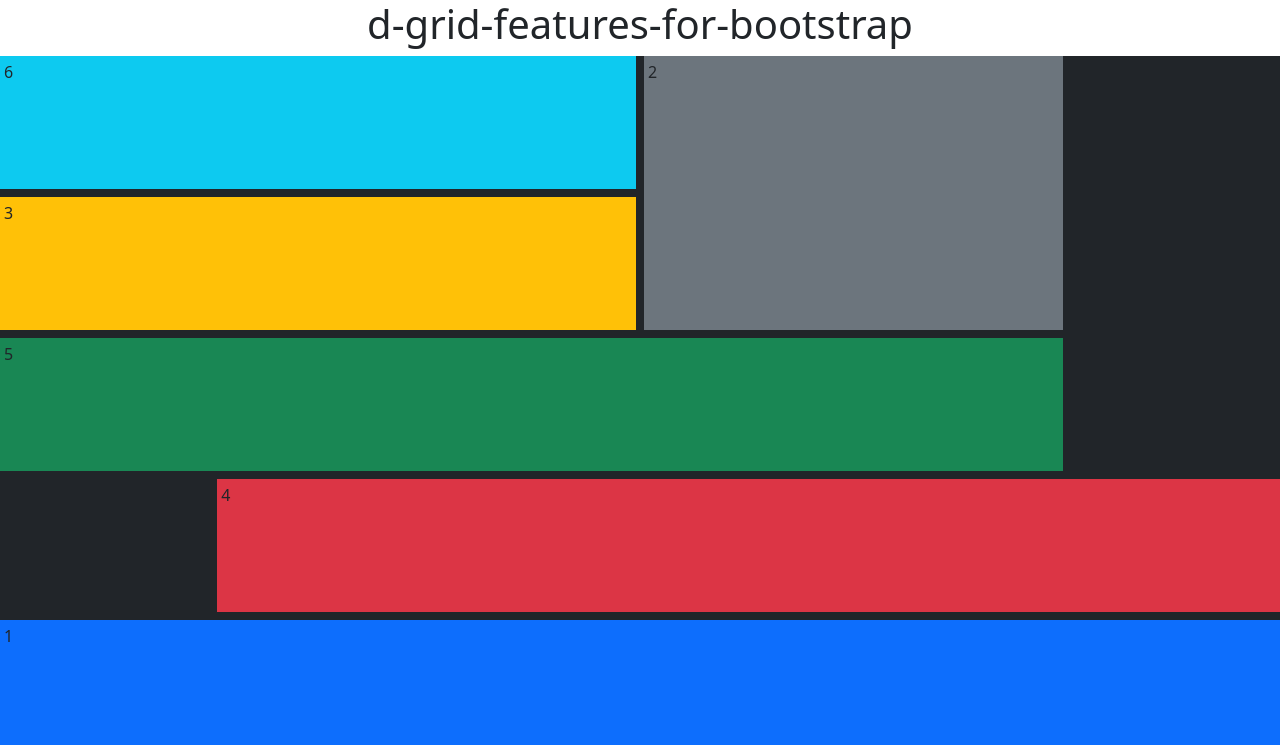
Repository: LynxPardelle/d-grid-features-for-bootstrap
Page: index.html
These files come from the project's save history. The page is drawn as it stood at one moment and after the next save; the edit follows.
The browser window is 1280 px wide. The pictures show the whole page.

Above is the page before, as saved 2021-10-20 18:48:44.

### index.html
<!DOCTYPE html>
<html lang="en">
<head>
  <meta charset="UTF-8">
  <meta http-equiv="X-UA-Compatible" content="IE=edge">
  <meta name="viewport" content="width=device-width, initial-scale=1.0">
  <meta name="author" content="Lynx Pardelle">
  <title>d-grid-features-for-bootstrap</title>
  <link href="https://cdn.jsdelivr.net/npm/bootstrap@5.1.3/dist/css/bootstrap.min.css" rel="stylesheet" integrity="sha384-1BmE4kWBq78iYhFldvKuhfTAU6auU8tT94WrHftjDbrCEXSU1oBoqyl2QvZ6jIW3" crossorigin="anonymous">
</head>
<body>
  <h1 class="text-center">d-grid-features-for-bootstrap</h1>

  <!-- <section class="d-grid bg-dark" data-gfbs data-gfbs-gtc="repeat(4, 1fr)" data-gfbs-gtr="repeat(2, 50px)" > -->
    <!-- <section class="d-grid bg-dark" data-gfbs data-gfbs-gta='"f f b c c a"" f f d e e a"'> -->
      <section class="d-grid bg-dark" data-gfbs
      data-gfbs-gt='
      [row1-start] "a a b ." 12.5px [row1-end]
      [row2-start] "a a b ." 12.5px [row2-end]
      [row3-start] "c c b d" 12.5px [row3-end]
      [row4-start] "c c b d" 12.5px [row4-end]
      [row5-start] "e e e d" 12.5px [row5-end]
      [row6-start] "e e e d" 12.5px [row6-end]
      [row7-start] ". f f f" 12.5px [row7-end]
      [row8-start] ". f f f" 12.5px [row8-end]
      [row9-start] "g g g g" 25px [row9-end]
      / 2fr 1fr 1fr 3fr'
      data-gfbs-gt-sm='
      [row1-start] "a a b ." 25px [row1-end]
      [row2-start] "a a b ." 25px [row2-end]
      [row3-start] "c c b d" 25px [row3-end]
      [row4-start] "c c b d" 25px [row4-end]
      [row5-start] "e e e d" 25px [row5-end]
      [row6-start] "e e e d" 25px [row6-end]
      [row7-start] ". f f f" 25px [row7-end]
      [row8-start] ". f f f" 25px [row8-end]
      [row9-start] "g g g g" 50px [row9-end]
      / 1fr 2fr 2fr 1fr'
      data-gfbs-gt-md='
      [row1-start] "a a b ." 37.5px [row1-end]
      [row2-start] "a a b ." 37.5px [row2-end]
      [row3-start] "c c b d" 37.5px [row3-end]
      [row4-start] "c c b d" 37.5px [row4-end]
      [row5-start] "e e e d" 37.5px [row5-end]
      [row6-start] "e e e d" 37.5px [row6-end]
      [row7-start] ". f f f" 37.5px [row7-end]
      [row8-start] ". f f f" 37.5px [row8-end]
      [row9-start] "g g g g" 75px [row9-end]
      / 1fr 2fr 2fr 1fr'
      data-gfbs-gt-lg='
      [row1-start] "a a b ." 50px [row1-end]
      [row2-start] "a a b ." 50px [row2-end]
      [row3-start] "c c b d" 50px [row3-end]
      [row4-start] "c c b d" 50px [row4-end]
      [row5-start] "e e e d" 50px [row5-end]
      [row6-start] "e e e d" 50px [row6-end]
      [row7-start] ". f f f" 50px [row7-end]
      [row8-start] ". f f f" 50px [row8-end]
      [row9-start] "g g g g" 100px [row9-end]
      / 1fr 2fr 2fr 1fr'
      data-gfbs-gt-xl='
      [row1-start] "a a b ." 62.5px [row1-end]
      [row2-start] "a a b ." 62.5px [row2-end]
      [row3-start] "c c b d" 62.5px [row3-end]
      [row4-start] "c c b d" 62.5px [row4-end]
      [row5-start] "e e e d" 62.5px [row5-end]
      [row6-start] "e e e d" 62.5px [row6-end]
      [row7-start] ". f f f" 62.5px [row7-end]
      [row8-start] ". f f f" 62.5px [row8-end]
      [row9-start] "g g g g" 125px [row9-end]
      / 1fr 2fr 2fr 1fr'
      data-gfbs-gt-xxl='
      [row1-start] "a a b ." 87.5px [row1-end]
      [row2-start] "a a b ." 87.5px [row2-end]
      [row3-start] "c c b d" 87.5px [row3-end]
      [row4-start] "c c b d" 87.5px [row4-end]
      [row5-start] "e e e d" 87.5px [row5-end]
      [row6-start] "e e e d" 87.5px [row6-end]
      [row7-start] ". f f f" 87.5px [row7-end]
      [row8-start] ". f f f" 87.5px [row8-end]
      [row9-start] "g g g g" 150px [row9-end]
      / 1fr 2fr 2fr 1fr'
      data-gfbs-gap="0.5rem"
      >
      <!-- data-gfbs-cg="1rem"
      data-gfbs-rg="1rem" -->
    <div data-gfbs data-gfbs-iga="a" data-gfbs-iga-sm="g" class="bg-primary p-1">
      1
    </div>

    <div data-gfbs data-gfbs-iga="b" class="bg-secondary p-1">
      2
    </div>
    <div data-gfbs data-gfbs-iga="c" class="bg-warning p-1">
      3
    </div>
    <div data-gfbs data-gfbs-iga="d" data-gfbs-iga-lg="f" class="bg-danger p-1">
      4
    </div>
    <div data-gfbs data-gfbs-iga="e" class="bg-success p-1">
      5
    </div>
    <div data-gfbs data-gfbs-iga="f" data-gfbs-iga-md="a" class="bg-info p-1">
      6
    </div>
  </section>

  <script src="https://cdn.jsdelivr.net/npm/bootstrap@5.1.3/dist/js/bootstrap.bundle.min.js" integrity="sha384-ka7Sk0Gln4gmtz2MlQnikT1wXgYsOg+OMhuP+IlRH9sENBO0LRn5q+8nbTov4+1p" crossorigin="anonymous"></script>
  <script src="./d-grid.js"></script>
</body>
</html>

### d-grid.js
"use strict";

function gridCreate(){
  let wWidth = window.innerWidth;
  let gridElements = document.querySelectorAll("[data-gfbs]");

  function checkIfHasBP(gridElement, atr) {
    let hasIt = false;
    for (let attribute of gridElement.attributes) {
      let at = attribute.localName;
      if (at.includes(atr)) {
        switch (true) {
          case at.includes("-sm") && wWidth >= 576 && wWidth < 768:
            hasIt = true;
            break;
          case at.includes("-md") && wWidth >= 768 && wWidth < 992:
            hasIt = true;
            break;
          case at.includes("-lg") && wWidth >= 992 && wWidth < 1200:
            hasIt = true;
            break;
          case at.includes("-xl") && wWidth >= 1200 && wWidth < 1400:
            hasIt = true;
            break;
          case at.includes("-xxl") && wWidth >= 1400:
            hasIt = true;
            break;
        }
      }
    }

    return hasIt;
  }

  for (let gridElement of gridElements) {
    for (let attribute of gridElement.attributes) {
      let at = attribute.localName;
      let attValue = attribute.value;

      if (
        at.includes("gfbs-") &&
        ((!at.includes("-sm") &&
          !at.includes("-md") &&
          !at.includes("-lg") &&
          !at.includes("-xl") &&
          !at.includes("-xxl") &&
          !checkIfHasBP(gridElement, at)) ||
          (at.includes("-sm") &&
            wWidth >= 576 &&
            (!at.includes("-md") || (at.includes("-md") && wWidth < 768)) &&
            (!at.includes("-lg") || (at.includes("-lg") && wWidth < 992)) &&
            (!at.includes("-xl") || (at.includes("-xl") && wWidth < 1200)) &&
            (!at.includes("-xll") || (at.includes("-xxl") && wWidth < 1400))) ||
          (at.includes("-md") &&
            wWidth >= 768 &&
            (!at.includes("-lg") || (at.includes("-lg") && wWidth < 992)) &&
            (!at.includes("-xl") || (at.includes("-xl") && wWidth < 1200)) &&
            (!at.includes("-xll") || (at.includes("-xxl") && wWidth < 1400))) ||
          (at.includes("-lg") &&
            wWidth >= 992 &&
            (!at.includes("-xl") || (at.includes("-xl") && wWidth < 1200)) &&
            (!at.includes("-xll") || (at.includes("-xxl") && wWidth < 1400))) ||
          (at.includes("-xl") &&
            wWidth >= 1200 &&
            (!at.includes("-xll") || (at.includes("-xxl") && wWidth < 1400))) ||
          (at.includes("-xxl") && wWidth >= 1400))
      ) {
        switch (true) {
          /* Container */
          case at.includes("custom"):
            gridElement.style.cssText += attValue;
            break;
          case at.includes("gtc"):
            gridElement.style.gridTemplateColumns = attValue;
            break;
          case at.includes("gtr"):
            gridElement.style.gridTemplateRows = attValue;
            break;
          case at.includes("gta"):
            gridElement.style.gridTemplateAreas = attValue;
            break;
          case at.includes("gt"):
            gridElement.style.gridTemplate = attValue;
            break;
          case at.includes("cg"):
            gridElement.style.columnGap = attValue;
            break;
          case at.includes("rg"):
            gridElement.style.rowGap = attValue;
            break;
          case at.includes("gap"):
            gridElement.style.gap = attValue;
            break;
          case at.includes("ji"):
            gridElement.style.justifyItems = attValue;
            break;
          case at.includes("ai"):
            gridElement.style.alignItems = attValue;
            break;
          case at.includes("pi"):
            gridElement.style.placeItems = attValue;
            break;
          case at.includes("jc"):
            gridElement.style.justifyContent = attValue;
            break;
          case at.includes("ac"):
            gridElement.style.alignContent = attValue;
            break;
          case at.includes("pc"):
            gridElement.style.placeContent = attValue;
            break;
          case at.includes("gac"):
            gridElement.style.gridAutoColumns = attValue;
            break;
          case at.includes("gar"):
            gridElement.style.gridAutoRows = attValue;
            break;
          case at.includes("gaf"):
            gridElement.style.gridAutoFlow = attValue;
            break;
          case at.includes("grid"):
            gridElement.style.grid = attValue;
            break;

          /* Item */
          case at.includes("gcs"):
            gridElement.style.gridColumnStart = attValue;
            break;
          case at.includes("gce"):
            gridElement.style.gridColumnEnd = attValue;
            break;
          case at.includes("gc"):
            gridElement.style.gridColumn = attValue;
            break;
          case at.includes("grs"):
            gridElement.style.gridRowStart = attValue;
            break;
          case at.includes("gre"):
            gridElement.style.gridRowEnd = attValue;
            break;
          case at.includes("gr"):
            gridElement.style.gridRow = attValue;
            break;
          case at.includes("iga"):
            gridElement.style.gridArea = attValue;
            break;
          case at.includes("js"):
            gridElement.style.justifySelf = attValue;
            break;
          case at.includes("as"):
            gridElement.style.alignSelf = attValue;
            break;
          case at.includes("ps"):
            gridElement.style.placeSelf = attValue;
            break;
        }
      }
    }
  }
}

window.onload = gridCreate();
window.addEventListener("resize", gridCreate);

After the next save:
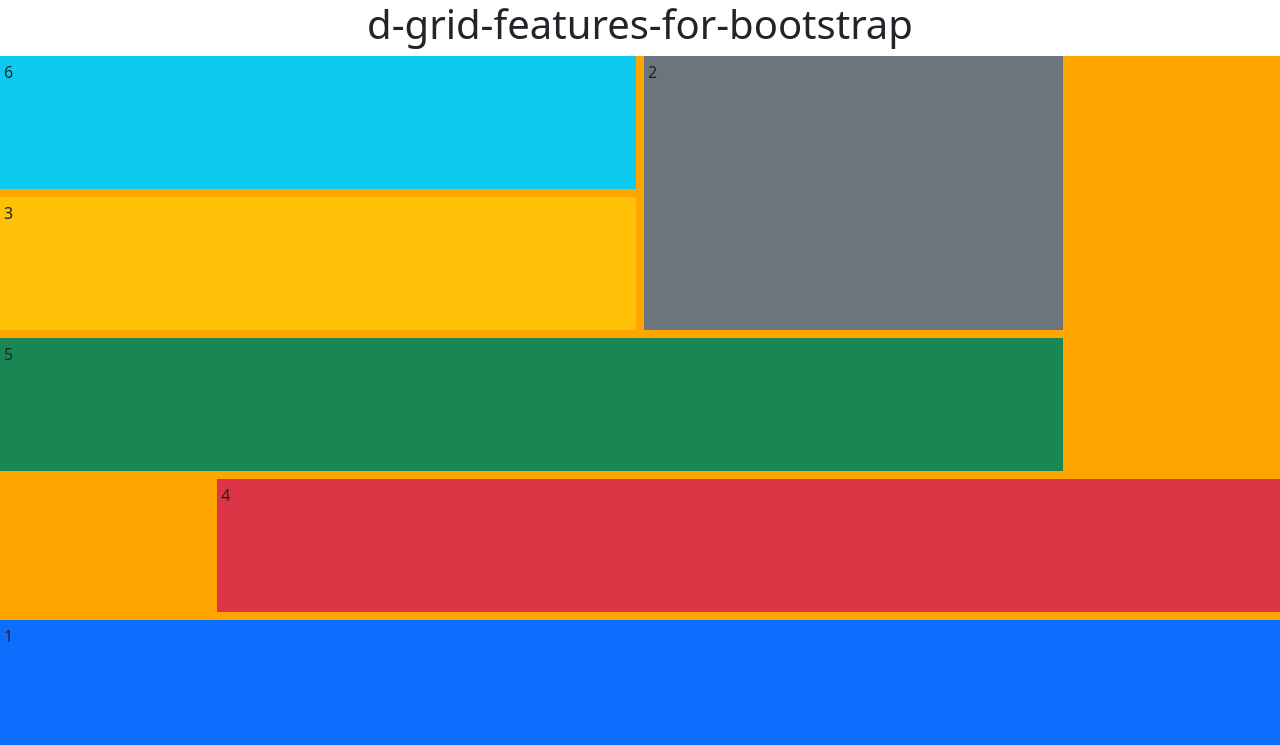
Saved 4 min 1 s later.
--- a/index.html
+++ b/index.html
@@ -13,7 +13,10 @@
 
   <!-- <section class="d-grid bg-dark" data-gfbs data-gfbs-gtc="repeat(4, 1fr)" data-gfbs-gtr="repeat(2, 50px)" > -->
     <!-- <section class="d-grid bg-dark" data-gfbs data-gfbs-gta='"f f b c c a"" f f d e e a"'> -->
-      <section class="d-grid bg-dark" data-gfbs
+      <section class="d-grid" data-gfbs
+      data-gfbs-custom="background-color: black;"
+      data-gfbs-custom-sm="background-color: pink;"
+      data-gfbs-custom-md="background-color: orange;"
       data-gfbs-gt='
       [row1-start] "a a b ." 12.5px [row1-end]
       [row2-start] "a a b ." 12.5px [row2-end]
